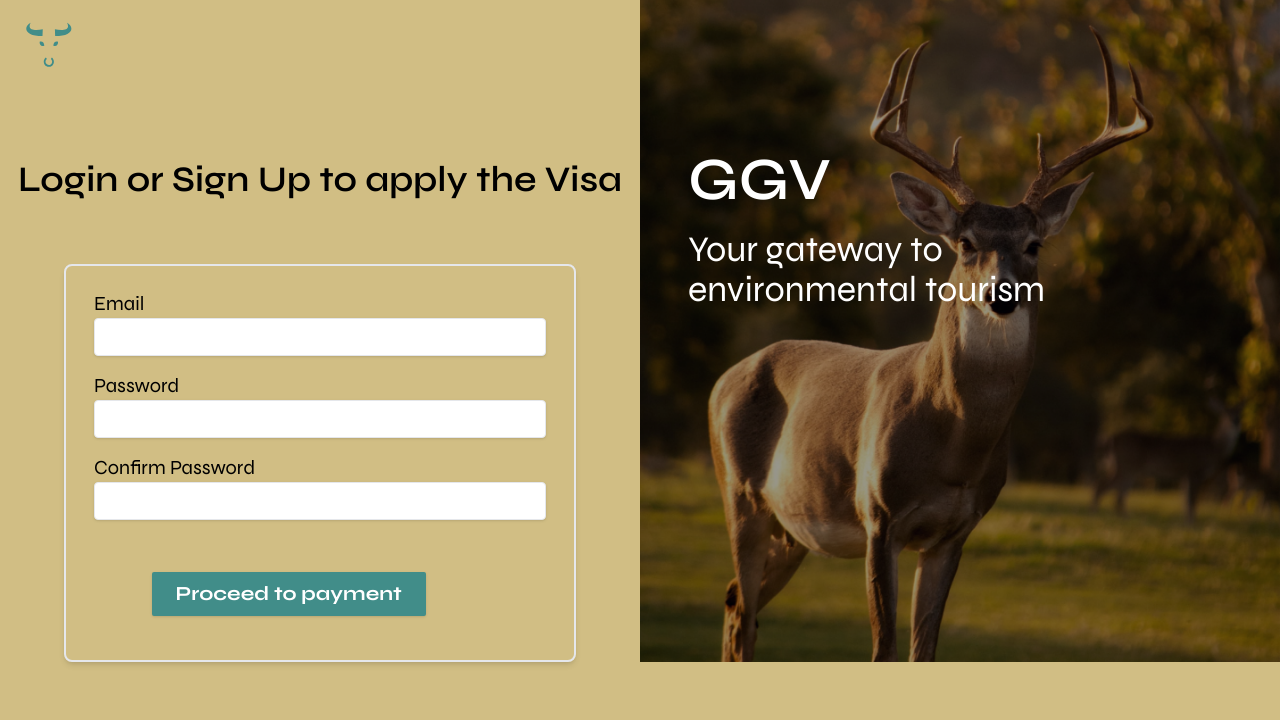
Repository: EngrAhmadUmar/landing-page
Page: /register
These files come from the project's save history. The page is drawn as it stood at one moment and after the next save; the edit follows.
The browser window is 1280 px wide. The pictures show the whole page.
The project was rebuilt for these pictures with package versions that can differ from the ones it lists, and the page was loaded fresh each time. The framework's server and built-in components were replaced by stand-ins that run in the browser. Also part of the build but not shown: next.config.js, styles/Home.module.css, src/Components/ApplyPageComponents/ApplyForm.jsx, src/Components/ApplyPageComponents/LoginForm.jsx.

Above is the page before, as saved 2022-07-06 11:37:08.

### pages/_app.js
import "../styles/globals.css";
import { ApolloClient, InMemoryCache, ApolloProvider } from "@apollo/client";

//apollo clients
const client = new ApolloClient({
  uri: "http://localhost:1337/graphql",
  cache: new InMemoryCache()
});

function MyApp({ Component, pageProps }) {
  return (
    <ApolloProvider client={client}>
      <Component {...pageProps} />
    </ApolloProvider>
  );
}

export default MyApp;

### pages/register.js
import React from "react";
import { RegisterForm } from "../src/Components/ApplyPageComponents/Index";

export default function Login() {
  return (
    <React.Fragment>
      <div className="bg-[#d1be84] h-[100vh]">
        <RegisterForm />
      </div>
    </React.Fragment>
  );
}

### pages/api/checkout_sessions.js
const stripe = require("stripe")(process.env.STRIPE_SECRET_KEY);

export default async function handler(req, res) {
  if (req.method === "POST") {
    try {
      const sgMail = require("@sendgrid/mail");
      sgMail.setApiKey(process.env.SENDGRID_API_KEY);
      const message = {
        to: "zcaptain65@gmail.com",
        from: "zcaptain2002@gmail.com",
        // subject: "Scenario 44",
        // text: "Lift and coast where possible",
        templateId: "d-f408be01db99489cbd757d4607cf23f2",
        dynamicTemplateData: {
          subject: "GGV Test Email",
        },
        // html: "<h1>Success</h1> <p>We received your purchase request;<br/> we'll be in touch shortly!</p>",
      };

      sgMail
        .send(message)
        .then((response) => console.log("Email Sent"))
        .catch((error) => console.log(error.message));
      // Create Checkout Sessions from body params.
      const session = await stripe.checkout.sessions.create({
        line_items: [
          {
            // Provide the exact Price ID (for example, pr_1234) of the product you want to sell
            price: "price_1LG6qaFQPGmzrn5tDKjmnos3",
            quantity: 1,
          },
        ],
        mode: "payment",

        success_url: `${req.headers.origin}/payments/?success=true`,
        cancel_url: `${req.headers.origin}/payments/?canceled=true`,
      });
      res.redirect(303, session.url);
    } catch (err) {
      res.status(err.statusCode || 500).json(err.message);
    }
  } else {
    res.setHeader("Allow", "POST");
    res.status(405).end("Method Not Allowed");
  }
}

### styles/globals.css
@import url("https://fonts.googleapis.com/css2?family=Poppins:wght@400;500;600&family=Syne:wght@400;500;600;700&display=swap");

@tailwind base;
@tailwind components;
@tailwind utilities;

### src/Components/ApplyPageComponents/Index.jsx
export { default as ApplyForm } from "./ApplyForm";
export { default as LoginForm } from "./LoginForm";
export { default as RegisterForm } from "./RegisterForm";

### src/Components/ApplyPageComponents/RegisterForm.jsx
import { gql, useMutation } from "@apollo/client";
import Head from "next/head";
import Image from "next/image";
import { useState, useRef } from "react";
import styles from "../../../styles/Home.module.css";

const reg = gql`
  mutation joinUs($username: String!, $email: String!, $password: String!) {
    register(input: { email: $email, password: $password }) {
      jwt
      user {
        id
        email
      }
    }
  }
`;

const JoinUs = () => {
  const emailInputRef = useRef();
  const passwordInputRef = useRef();
  const confirmPasswordInputRef = useRef();

  const [email, setEmail] = useState("");
  const onChangeEmail = (e) => {
    setEmail(e.target.value);
  };
  const [password, setPassword] = useState("");
  const onChangePassword = (e) => {
    setPassword(e.target.value);
  };

  const [confirmPassowrd, setConfirmPassword] = useState("");
  const confirmPasswordChangeHandler = (event) => {
    setConfirmPassword(event.target.value);
  };
  const [joinUs, { data, loading, error }] = useMutation(reg, {
    variables: {
      email: email,
      password: password
    }
  });

  const onSubmit = (e) => {
    e.preventDefault();
    if (email === "" || password === "") {
      return alert("please fill in all fields");
    }

    // check if the password match
    if (
      passwordInputRef.current.value != confirmPasswordInputRef.current.value
    ) {
      return alert("Passwords must match");
    }
    joinUs(password, email);

    setEmail("");
    setPassword("");
    setConfirmPassword("");
  };

  return (
    <div className=" font-syne " id="joinUs">
      <Head>
        <title>Welcome to GGV</title>
        <meta name="description" content="Join Our Family" />
      </Head>
      <div className="font-syne bg-[#d1be84] bg-cover grid grid-col-1 md:grid-cols-2 2xl:h-[100vh]">
        <div className="">
          <div className="w-[50px] h-40 pt-5 ml-6">
            <Image
              src="/logo.svg"
              layout="responsive"
              width={5}
              height={5}
              opacity={100}
            />
          </div>
          <h3
            className={`${
              styles.headings
            }  ${"text-center text-3xl md:text-4xl mb-5 font-semibold"}`}
          >
            Login or Sign Up to apply the Visa
          </h3>
          <form
            onSubmit={onSubmit}
            className="shadow-md rounded-lg px-7 pt-6 pb-8 mt-[4rem] lg:mx-12 xl:mx-auto border-gray border-2 font-Syne md:max-w-lg"
          >
            <div className="mb-4">
              <label className="text-lg md:text-xl">Email</label>
              <input
                type="email"
                ref={emailInputRef}
                value={email}
                onChange={onChangeEmail}
                placeholder=""
                className="shadow appearance-none border rounded w-full py-2 px-3 text-gray-700 leading-tight focus:outline-none focus:shadow-outline"
              />
            </div>
            <div className="mb-4">
              <label className="text-lg md:text-xl">Password</label>
              <input
                type="password"
                ref={passwordInputRef}
                value={password}
                onChange={onChangePassword}
                placeholder=""
                className="shadow appearance-none border rounded w-full py-2 px-3 text-gray-700 leading-tight focus:outline-none focus:shadow-outline"
              />
            </div>
            <div className="mb-4">
              <label className="text-lg md:text-xl">Confirm Password</label>
              <input
                type="password"
                ref={confirmPasswordInputRef}
                value={confirmPassowrd}
                onChange={confirmPasswordChangeHandler}
                placeholder=""
                className="shadow appearance-none border rounded w-full py-2 px-3 text-gray-700 leading-tight focus:outline-none focus:shadow-outline"
              />
            </div>
            <div className="mt-5 ml-[8vh]">
              <button
                className="shadow focus:shadow-outline focus:outline-none text-white font-bold py-2 px-6 md:text-xl bg-[#418d89] rounded-sm mt-8 mb-3 py-1"
                onClick={onSubmit}
              >
                Proceed to payment
              </button>
            </div>
          </form>
        </div>

        <div className="md:flex hidden text-white bg-[url('/apply_for_visa_bg.png')]  bg-cover bg-no-repeat sm:bg-center md:bg-bottom lg:bg-bottom xl:bg-bottom 2xl:center">
          <div className="mt-[50px] md:mt-[150px] mx-4 md:mx-12">
            <h3 className="  text-4xl md:text-5xl lg:text-6xl font-semibold">
              GGV
            </h3>
            <p className="max-w-md md:max-w-xl text-2xl md:text-4xl mt-5">
              Your gateway to <br></br>environmental tourism
            </p>
          </div>
          <div></div>
        </div>
      </div>
      <>
        {data && (
          <div>
            <h1>Token: {data.register?.jwt}</h1>
            <span>UserID: {data.register.user?.id} </span>
            <span>UserEmail: {data.register.user?.email} </span>
          </div>
        )}
      </>
    </div>
  );
};

export default JoinUs;

### tailwind.config.js
/** @type {import('tailwindcss').Config} */
module.exports = {
  content: [
    "./pages/**/*.{js,ts,jsx,tsx}",
    "./components/**/*.{js,ts,jsx,tsx}",
    "./src/Components/**/*.{js,ts,jsx,tsx}"
  ],
  theme: {
    extend: {
      colors: {
        black: "#000107",
        green: "#418D89"
      },
      fontFamily: {
        syne: ["Syne"]
      }
    }
  },
  plugins: []
};

Loaded but not shown: pages/api/email.js (no copy from this time; the picture is the same without it)

After the next save:
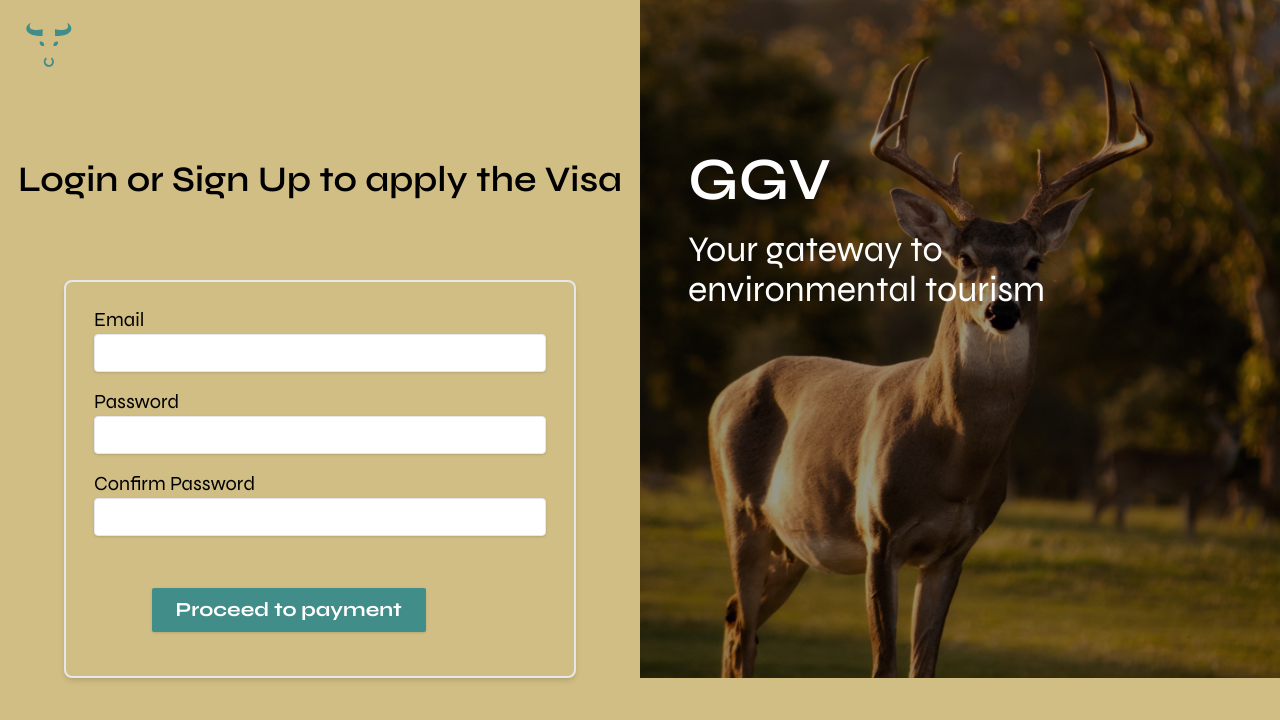
Saved 7 s later.
--- a/src/Components/ApplyPageComponents/RegisterForm.jsx
+++ b/src/Components/ApplyPageComponents/RegisterForm.jsx
@@ -86,7 +86,7 @@ const JoinUs = () => {
           </h3>
           <form
             onSubmit={onSubmit}
-            className="shadow-md rounded-lg px-7 pt-6 pb-8 mt-[4rem] lg:mx-12 xl:mx-auto border-gray border-2 font-Syne md:max-w-lg"
+            className="shadow-md rounded-lg px-7 pt-6 pb-8 mt-[5rem] lg:mx-12 xl:mx-auto border-gray border-2 font-Syne md:max-w-lg"
           >
             <div className="mb-4">
               <label className="text-lg md:text-xl">Email</label>
